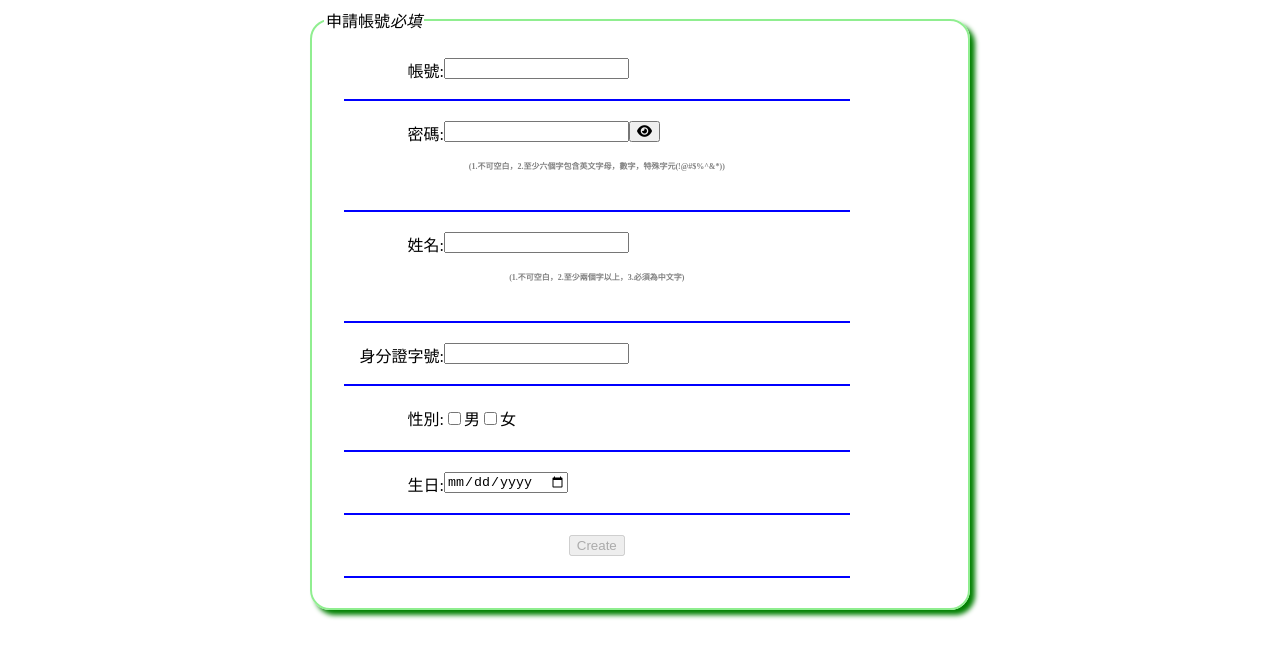
Repository: cctytw2000/JavaSecondProject
Page: Member/EEIT109_35/src/main/webapp/html/RegisteredMember.html
An editor plug-in stored every save of this project. The page is shown before and after the next save, followed by the edit.
The browser window is 1280 px wide. The pictures show the whole page.
Some web libraries are served in a nearby version.

Above is the page before, as saved 2019-09-07 02:15:13.

After the next save:
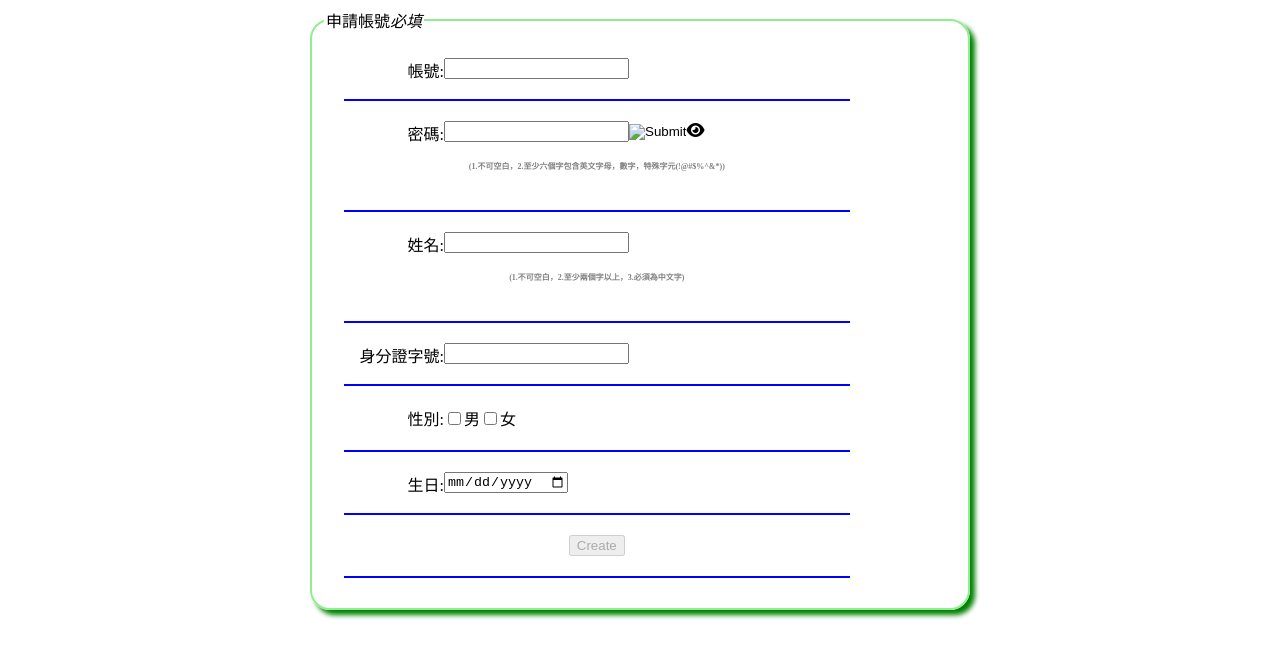
Saved 69 s later.
--- a/Member/EEIT109_35/src/main/webapp/html/RegisteredMember.html
+++ b/Member/EEIT109_35/src/main/webapp/html/RegisteredMember.html
@@ -18,7 +18,7 @@
 <label class='label1'>帳號:</label><input type="text" id="account" name="account"><span id="account_msg"></span>
 </div>
 <div class="div1">
-<label class='label1'>密碼:</label><input type="password" id="password" name="password"><span id="msg_password"></span><button type="button" onclick="showHide()" id="eye"><i class="fas fa-eye"></i>
+<label class='label1'>密碼:</label><input type="password" id="password" name="password"><span id="msg_password"></span><input type="image" onclick="showHide()" id="eye"><i class="fas fa-eye"></i>
 
 </button>
 <h6 style="color: gray;font-size: 8px">(1.不可空白，2.至少六個字包含英文字母，數字，特殊字元(!@#$%^&*))</h6>
